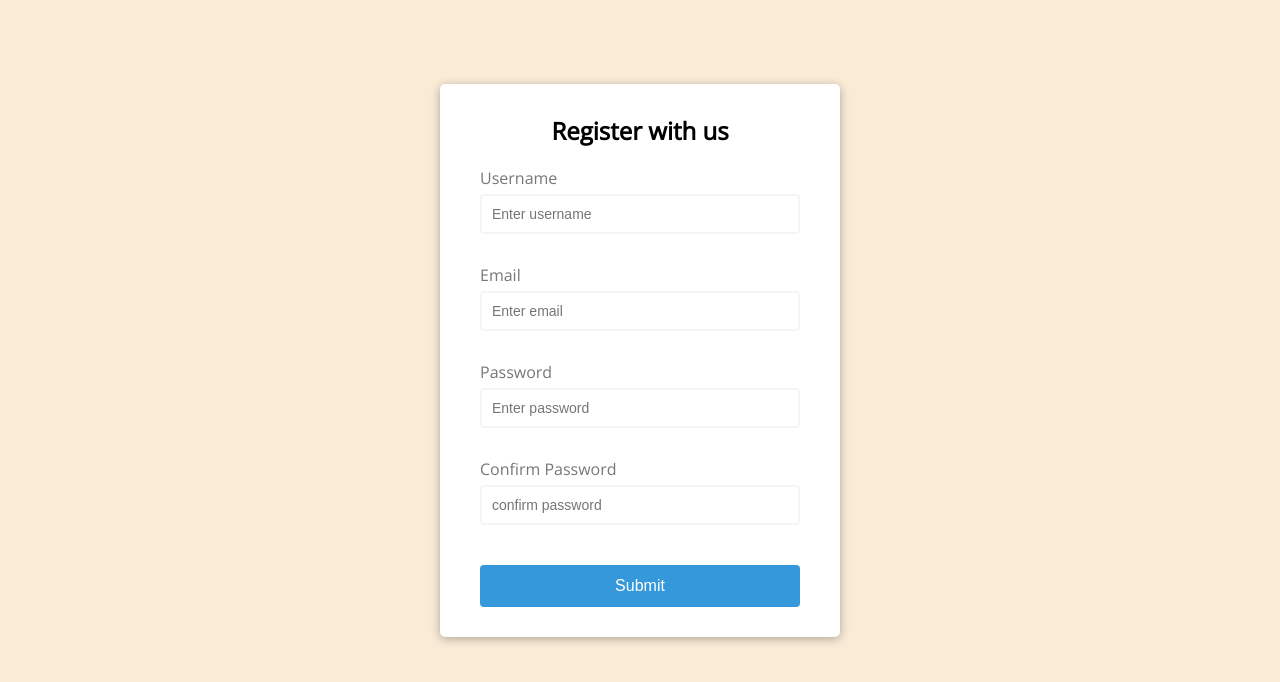
Repository: Azariagmt/Vanilla-javascript
Page: Form-Validator/index.html
The author's editor kept a copy of each file at every save. The page is drawn from the files as they stood at one save, then again after the next save.
The browser window is 1280 px wide. The pictures show the whole page.

Above is the page before, as saved 2020-04-21 12:09:46.

After the next save:
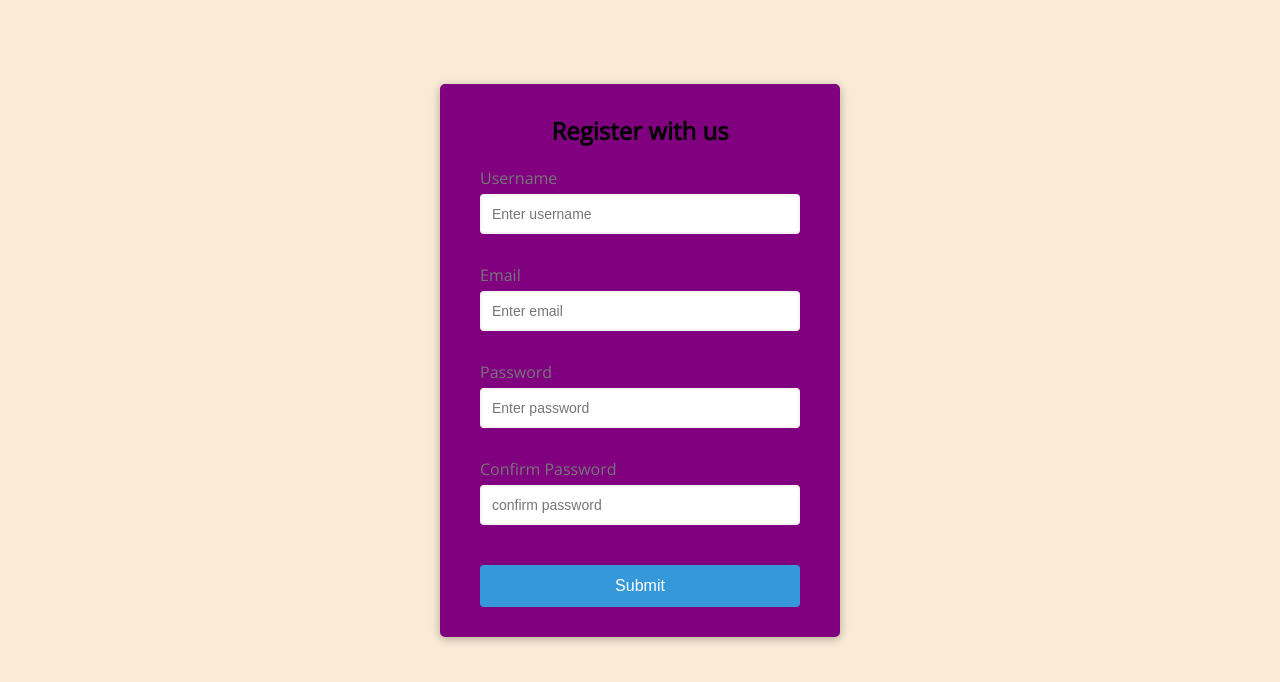
Saved 31 s later.
--- a/Form-Validator/style.css
+++ b/Form-Validator/style.css
@@ -15,7 +15,7 @@
 }
 
 .container{
-    background-color:white;
+    background-color:purple;
     border-radius: 5px;
     box-shadow: 0 2px 10px rgba(0, 0, 0, .3);
     width: 400px;

After the save that followed:
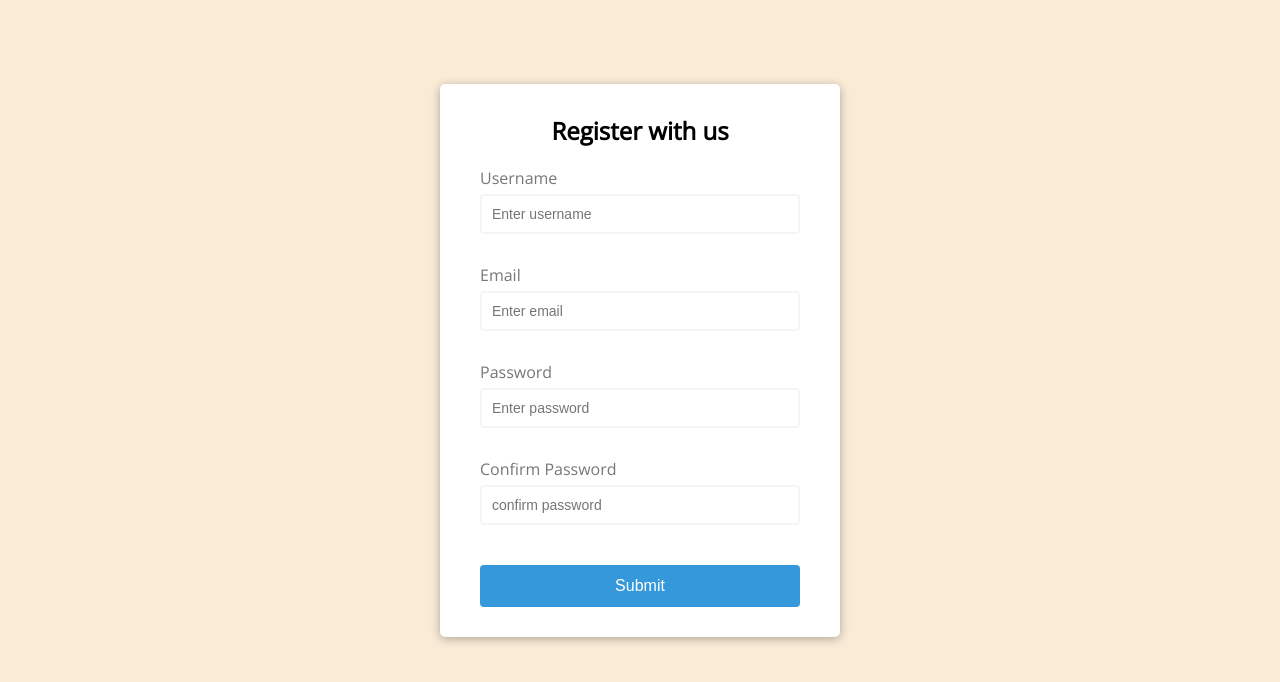
Saved 10 s later.
--- a/Form-Validator/style.css
+++ b/Form-Validator/style.css
@@ -15,7 +15,7 @@
 }
 
 .container{
-    background-color:purple;
+    background-color:white;
     border-radius: 5px;
     box-shadow: 0 2px 10px rgba(0, 0, 0, .3);
     width: 400px;
